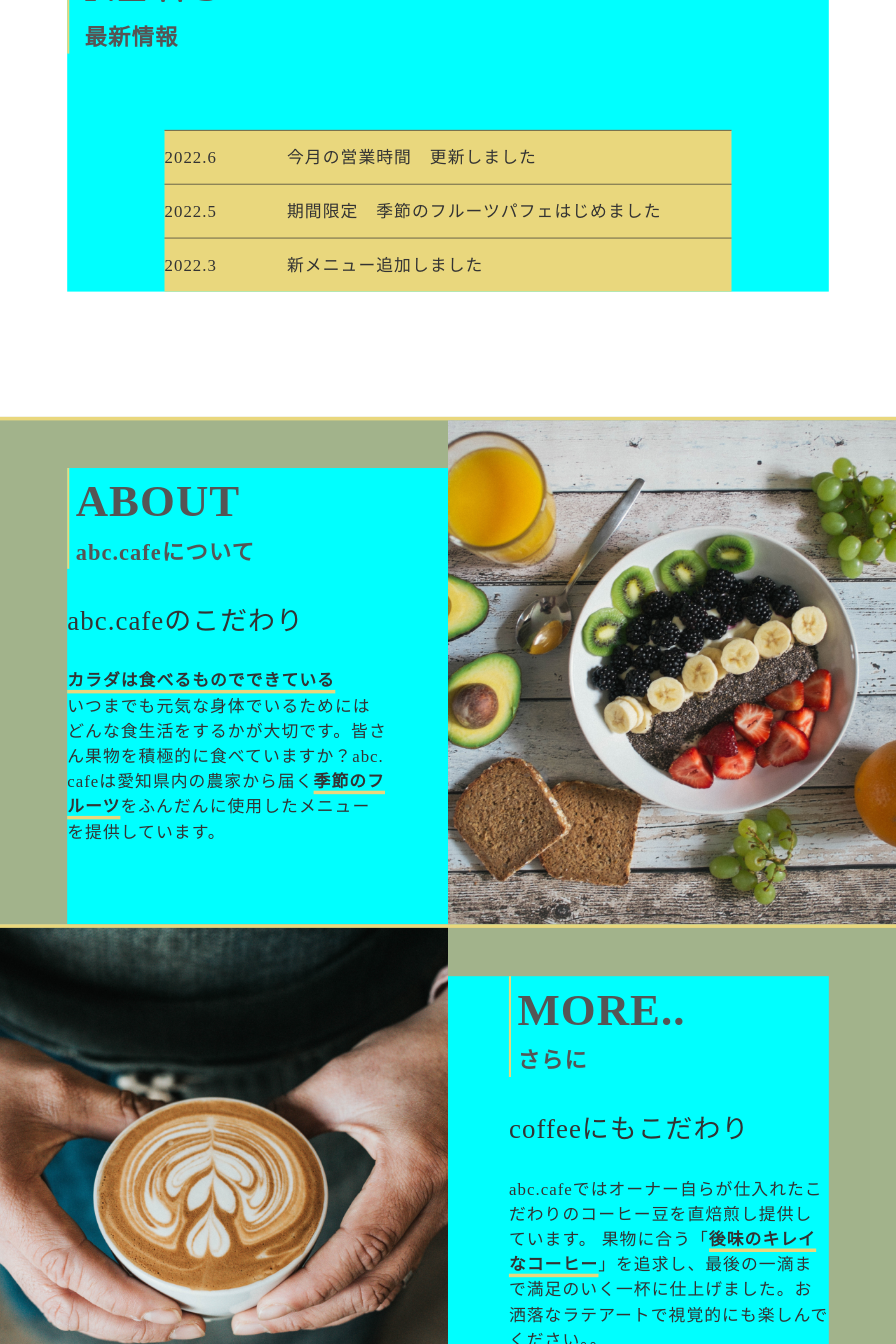
Repository: nozomi-23/lp1_test
Page: index.html
An editor plug-in stored every save of this project. The page is shown before and after the next save, followed by the edit.
The browser window is 1280 px wide. The pictures show the part of the page from y = 941 to 2861 px (the page is 3739 px tall), at 70% of full size.

Above is the page before, as saved 2022-06-08 14:44:05.

After the next save:
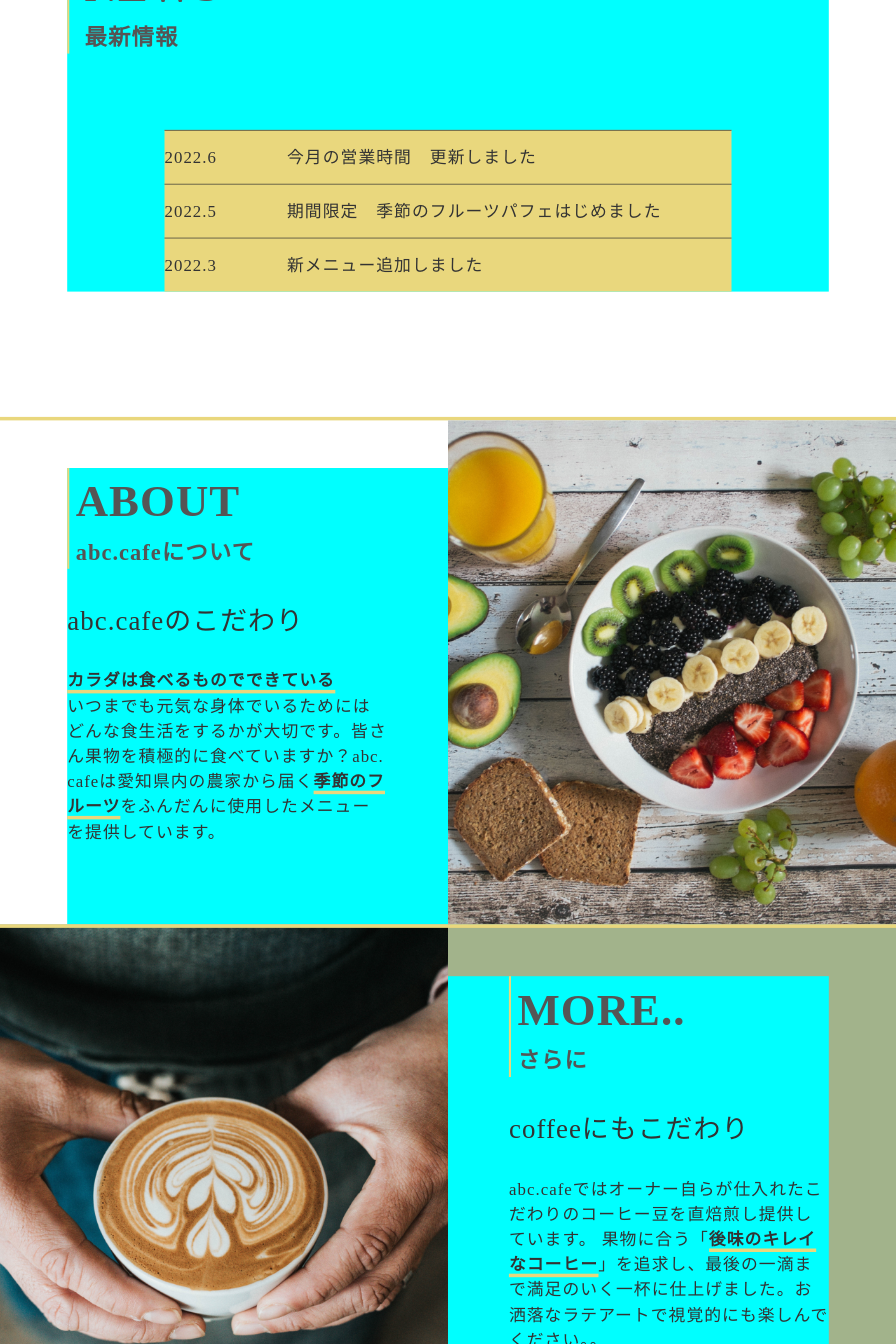
Saved 67 s later.
--- a/css/common.css
+++ b/css/common.css
@@ -40,7 +40,7 @@
   border-top: solid 5px #E9D77D;
   background-color: #A2B38B;
 }
-.section:nth-child(3) {
+.section:nth-child(4) {
   background-color: #fff;
   border-top: solid 5px #E9D77D;
 }

After the save that followed:
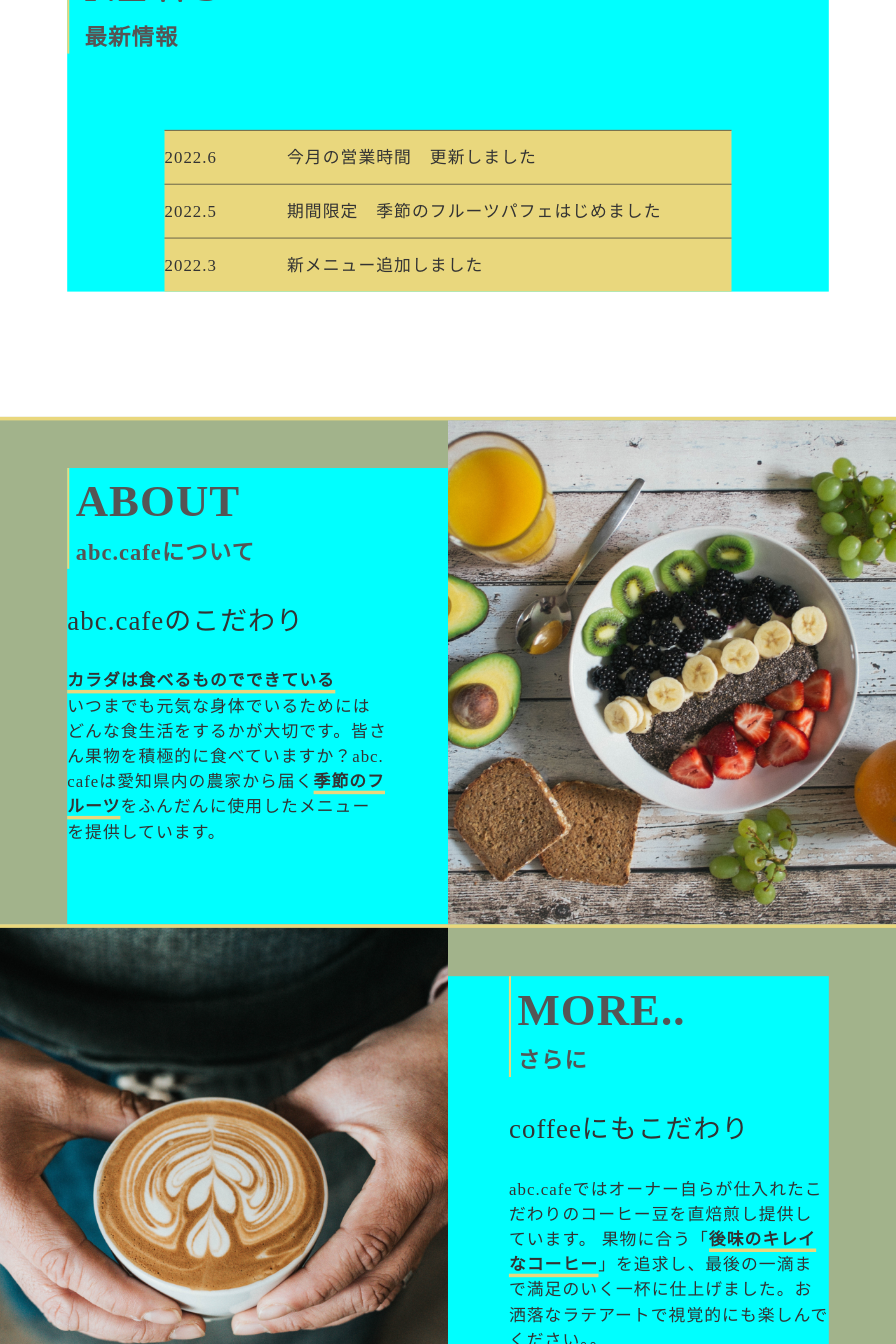
Saved 3 min 42 s later.
--- a/css/common.css
+++ b/css/common.css
@@ -40,10 +40,10 @@
   border-top: solid 5px #E9D77D;
   background-color: #A2B38B;
 }
-.section:nth-child(4) {
+/* .section:nth-child(4) {
   background-color: #fff;
   border-top: solid 5px #E9D77D;
-}
+} */
 
 
 /* =====================
